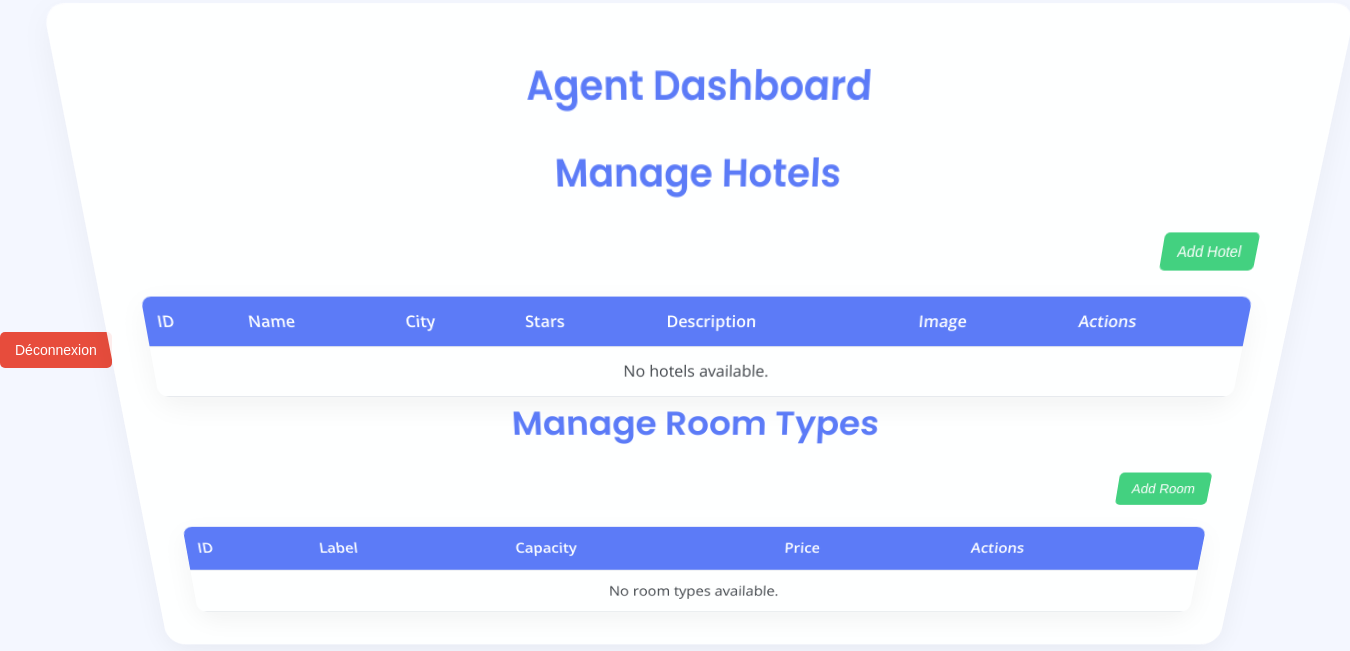
Repository: Idriss-jedid/Hotel
Page: http://localhost/Hotel/Vue/agent_dashboard.jsp
These files come from the project's save history. The page is drawn as it stood at one moment and after the next save; the edit follows.
The browser window is 1280 px wide. The page is 1350 px wide, then 1313 px, so the pictures cover 1350 px, including what lies to the right of the window. The pictures show the whole page.
The page is served by Tomcat 10. Other server files are loaded and not shown. The template is opened directly, without the code that normally fills it, so the values that code supplies are empty.

Above is the page before, as saved 2024-12-18 08:34:08.

### Hotel/src/main/webapp/Vue/agent_dashboard.jsp
<%@ page contentType="text/html;charset=UTF-8" language="java" %>
<%@ page import="java.util.List" %>
<%@ page import="model.Hotel" %>
<%@ page import="model.Roomtype" %>
<!DOCTYPE html>
<html lang="fr">
<head>
    <meta charset="UTF-8">
    <meta name="viewport" content="width=device-width, initial-scale=1.0">
    <title>Agent Dashboard</title>
    <link href="https://fonts.googleapis.com/css2?family=Poppins:wght@300;400;600&family=Open+Sans:wght@400;600&display=swap" rel="stylesheet">
    <link rel="stylesheet" href="https://cdnjs.cloudflare.com/ajax/libs/font-awesome/6.0.0/css/all.min.css">
    <style>
        :root {
            --color-primary: #4a6cf7;
            --color-secondary: #6b7aff;
            --color-background: #f4f7ff;
            --color-text-dark: #2c3036;
            --color-text-light: #6b7280;
            --shadow-subtle: 0 10px 30px rgba(0, 0, 0, 0.05);
            --shadow-hover: 0 15px 40px rgba(0, 0, 0, 0.1);
            --transition-smooth: all 0.3s cubic-bezier(0.25, 0.1, 0.25, 1);
        }

        * {
            margin: 0;
            padding: 0;
            box-sizing: border-box;
        }

        body {
            font-family: 'Open Sans', sans-serif;
            background: var(--color-background);
            display: flex;
            justify-content: center;
            align-items: center;
            min-height: 100vh;
            line-height: 1.6;
            perspective: 1000px;
        }

        .container {
            background: white;
            border-radius: 20px;
            box-shadow: var(--shadow-subtle);
            width: 100%;
            max-width: 1200px;
            padding: 40px;
            transform: perspective(1000px) rotateX(-10deg);
            opacity: 0.9;
            transition: var(--transition-smooth);
        }

        .container:hover {
            transform: perspective(1000px) rotateX(0);
            opacity: 1;
            box-shadow: var(--shadow-hover);
        }

        h1, h2 {
            text-align: center;
            font-family: 'Poppins', sans-serif;
            color: var(--color-primary);
            font-size: 2.2rem;
            font-weight: 600;
            margin-bottom: 20px;
        }

        table {
            width: 100%;
            border-collapse: collapse;
            margin-top: 20px;
            background: white;
            border-radius: 10px;
            overflow: hidden;
            box-shadow: var(--shadow-subtle);
        }

        th, td {
            padding: 12px;
            text-align: left;
            border-bottom: 1px solid #e5e7eb;
            color: var(--color-text-dark);
        }

        th {
            background-color: var(--color-primary);
            color: white;
        }

        tr:hover {
            background-color: rgba(74, 108, 247, 0.1);
        }

        .hotel-image {
            max-width: 80px;
            border-radius: 5px;
            cursor: pointer;
            transition: var(--transition-smooth);
        }

        .hotel-image:hover {
            transform: scale(1.1);
        }

        .btn {
            padding: 10px 15px;
            margin: 5px;
            border: none;
            border-radius: 5px;
            cursor: pointer;
            font-size: 14px;
            transition: var(--transition-smooth);
            color: white;
        }

        .btn-add {
            background-color: #2ecc71;
        }

        .btn-add:hover {
            background-color: #27ae60;
        }

        .btn-edit {
            background-color: var(--color-primary);
        }

        .btn-edit:hover {
            background-color: var(--color-secondary);
        }

        .btn-delete {
            background-color: #e74c3c;
        }

        .btn-delete:hover {
            background-color: #c0392b;
        }

        .modal {
            display: none;
            position: fixed;
            top: 0;
            left: 0;
            width: 100%;
            height: 100%;
            background: rgba(0, 0, 0, 0.8);
            justify-content: center;
            align-items: center;
            z-index: 1000;
        }

        .modal-content {
            position: relative;
            max-width: 80%;
            max-height: 80%;
        }

        .modal-content img {
            width: 100%;
            height: auto;
            border-radius: 5px;
        }

        .modal-close {
            position: absolute;
            top: 10px;
            right: 10px;
            background: #e74c3c;
            color: white;
            border: none;
            padding: 10px 15px;
            border-radius: 50%;
            cursor: pointer;
            font-size: 18px;
        }

        .modal-close:hover {
            background: #c0392b;
        }

        .actions {
            margin-bottom: 15px;
            text-align: right;
        }

        .logout-btn {
            background: #e74c3c;
            color: white;
            border: none;
            padding: 10px 15px;
            border-radius: 5px;
            cursor: pointer;
            font-size: 14px;
            transition: var(--transition-smooth);
            margin-bottom: 20px;
        }

        .logout-btn:hover {
            background-color: #c0392b;
        }
    </style>
</head>
<body>
    <button class="logout-btn" onclick="logout()">Déconnexion</button>
    <div class="container">
        <h1>Agent Dashboard</h1>

        <!-- Section for managing hotels -->
        <div class="section">
            <h2>Manage Hotels</h2>
            <div class="actions">
                <button class="btn btn-add" onclick="window.location.href='Vue/addHotel.jsp'">Add Hotel</button>
            </div>
            <table>
                <thead>
                    <tr>
                        <th>ID</th>
                        <th>Name</th>
                        <th>City</th>
                        <th>Stars</th>
                        <th>Description</th>
                        <th>Image</th>
                        <th>Actions</th>
                    </tr>
                </thead>
                <tbody>
                    <%
                        List<Hotel> hotels = (List<Hotel>) request.getAttribute("hotels");
                        if (hotels != null && !hotels.isEmpty()) {
                            for (Hotel hotel : hotels) {
                    %>
                    <tr>
                        <td><%= hotel.getId() %></td>
                        <td><%= hotel.getName() %></td>
                        <td><%= hotel.getCity() %></td>
                        <td><%= hotel.getStars() %></td>
                        <td><%= hotel.getDescription() %></td>
                        <td>
                            <img class="hotel-image" src="images/<%=hotel.getImage()%>" alt="Hotel" onclick="openModal('images/<%=hotel.getImage()%>')">
                        </td>
                        <td>
                            <button class="btn btn-edit" onclick="window.location.href='Vue/editHotel.jsp?id=<%= hotel.getId() %>'">Edit</button>
                            <button class="btn btn-delete" onclick="deleteHotel(<%= hotel.getId() %>)">Delete</button>
                        </td>
                    </tr>
                    <%
                            }
                        } else {
                    %>
                    <tr>
                        <td colspan="7" style="text-align: center;">No hotels available.</td>
                    </tr>
                    <% } %>
                </tbody>
            </table>
        </div>

        <!-- Section for Room Types -->
        <div class="section">
            <h2>Manage Room Types</h2>
            <div class="actions">
                <button class="btn btn-add" onclick="window.location.href='Vue/addRoomType.jsp'">Add Room</button>
            </div>
            <table>
                <thead>
                    <tr>
                        <th>ID</th>
                        <th>Label</th>
                        <th>Capacity</th>
                        <th>Price</th>
                        <th>Actions</th>
                    </tr>
                </thead>
                <tbody>
                    <%
                        List<Roomtype> rooms = (List<Roomtype>) request.getAttribute("rooms");
                        if (rooms != null && !rooms.isEmpty()) {
                            for (Roomtype room : rooms) {
                    %>
                    <tr>
                        <td><%= room.getId() %></td>
                        <td><%= room.getLabel() %></td>
                        <td><%= room.getCapacity() %></td>
                        <td><%= room.getPrix() %> TND</td>
                        <td>
                            <button class="btn btn-edit" onclick="window.location.href='Vue/editRoom.jsp?id=<%= room.getId() %>'">Edit</button>
                            <button class="btn btn-delete" onclick="deleteRoom(<%= room.getId() %>)">Delete</button>
                        </td>
                    </tr>
                    <%
                            }
                        } else {
                    %>
                    <tr>
                        <td colspan="5" style="text-align: center;">No room types available.</td>
                    </tr>
                    <% } %>
                </tbody>
            </table>
        </div>
    </div>

    <!-- Modal -->
    <div class="modal" id="imageModal">
        <div class="modal-content">
            <button class="modal-close" onclick="closeModal()">×</button>
            <img id="modalImage" src="" alt="Hotel Image">
        </div>
    </div>

    <script>
        function openModal(imageSrc) {
            const modal = document.getElementById('imageModal');
            const modalImage = document.getElementById('modalImage');
            modalImage.src = imageSrc;
            modal.style.display = 'flex';
        }

        function closeModal() {
            const modal = document.getElementById('imageModal');
            modal.style.display = 'none';
        }

        function deleteHotel(hotelId) {
            if (confirm('Are you sure you want to delete this hotel?')) {
                fetch('SupprimerHotelServlet?id=' + hotelId, {
                    method: 'GET',
                })
                .then(response => response.text())
                .then(data => {
                    alert('Hotel deleted successfully!');
                    location.reload();
                })
                .catch(error => {
                    console.error('Error:', error);
                    alert('Failed to delete hotel');
                });
            }
        }

        function deleteRoom(roomId) {
            if (confirm('Are you sure you want to delete this room?')) {
                fetch('SupprimerRoomTypeServlet?id=' + roomId, {
                    method: 'GET',
                })
                .then(response => response.text())
                .then(data => {
                    alert('Room deleted successfully!');
                    location.reload();
                })
                .catch(error => {
                    console.error('Error:', error);
                    alert('Failed to delete room');
                });
            }
        }

        function logout() {
            window.location.href = 'Vue/logout';
        }
    </script>
</body>
</html>

After the next save:
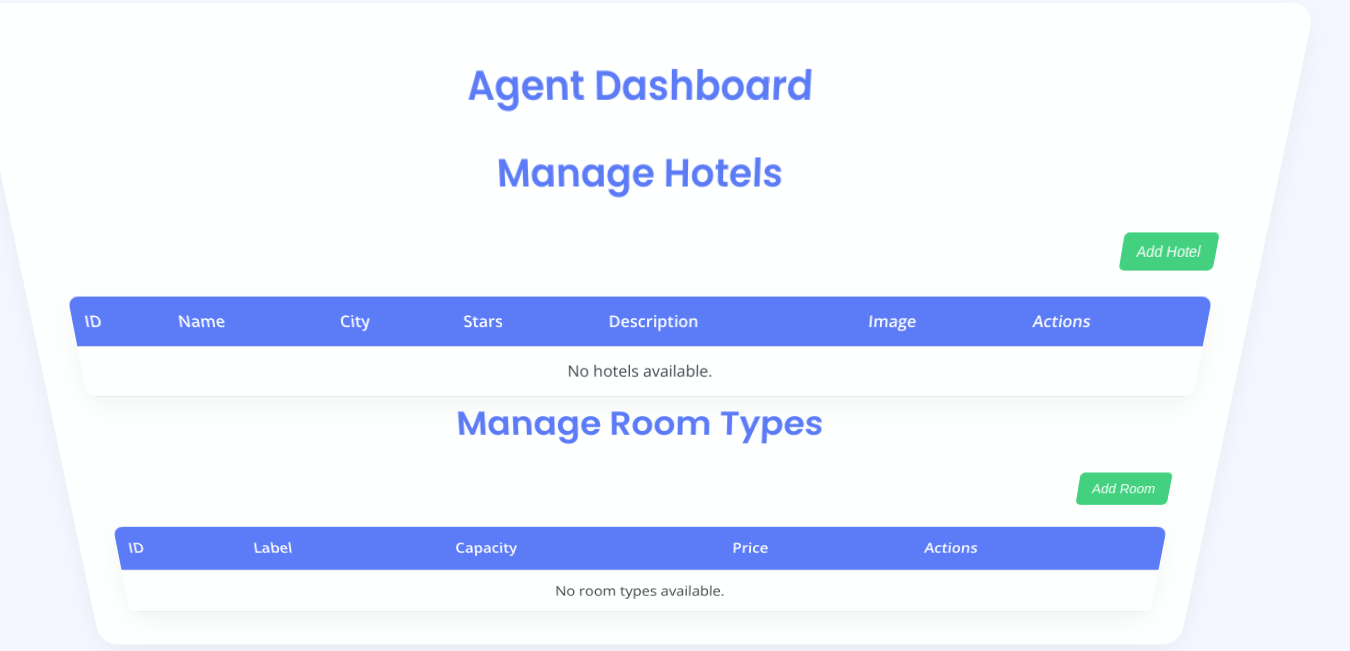
Saved 62 min 3 s later.
--- a/Hotel/src/main/webapp/Vue/agent_dashboard.jsp
+++ b/Hotel/src/main/webapp/Vue/agent_dashboard.jsp
@@ -203,7 +203,6 @@
     </style>
 </head>
 <body>
-    <button class="logout-btn" onclick="logout()">Déconnexion</button>
     <div class="container">
         <h1>Agent Dashboard</h1>
 
